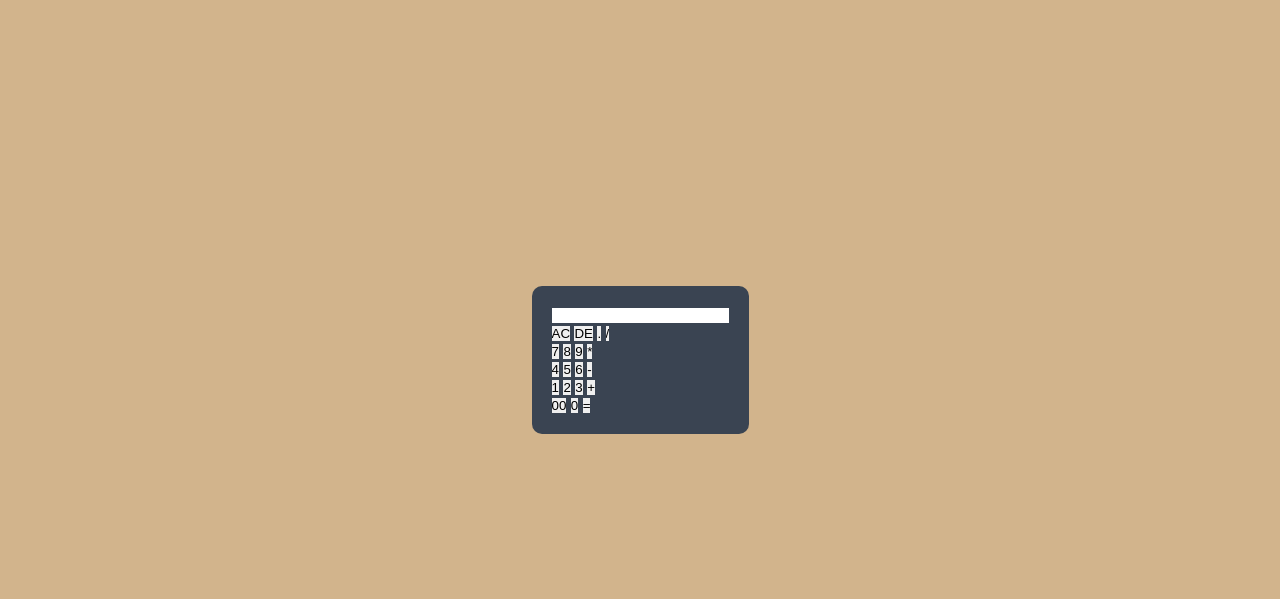
Repository: Anureet23/Calculator
Page: index.html
These files come from the project's save history. The page is drawn as it stood at one moment and after a run of saves; the edit follows.
The browser window is 1280 px wide. The pictures show the whole page.

Above is the page before, as saved 2023-02-07 22:52:59.

### index.html
<!DOCTYPE html>
<html>
    <head>
<meta name ="viewport" content="width=device-width,initial-scale=1.0">
<title>Calculator using JavaScript</title>
<link rel="stylesheet" href="style.css">
    </head>
    <body>
<div class="container">
<div class="calculator">
   <form>
       <div>
           <input type="text" name ="display">
       </div>
       <div>
           <input type="button" value="AC">
           <input type="button" value="DE">
           <input type="button" value=".">
           <input type="button" value="/">
       </div>
       <div>
        <input type="button" value="7">
        <input type="button" value="8">
        <input type="button" value="9">
        <input type="button" value="*">
    </div>
    <div>
        <input type="button" value="4">
        <input type="button" value="5">
        <input type="button" value="6">
        <input type="button" value="-">
    </div>
    <div>
        <input type="button" value="1">
        <input type="button" value="2">
        <input type="button" value="3">
        <input type="button" value="+">
    </div>
    <div>
        <input type="button" value="00">
        <input type="button" value="0">
        <input type="button" value="=">

    </div>
   </form>
</div>
</div>


    </body>
</html>

### style.css
*{
    margin:0;
    padding:0;
    font-family: 'Poppins',sans-serif;
    box-sizing: border-box;
}

.container{
    width: 100%;
    height:100vh;
    background:#D2B48C;
    display:flex;
    align-items:center;
    justify-content: center;

}
.calculator{
    background:#3a4452;
    padding:20px;
    border-radius:10px;
}
.calculator form input{
    border:0;
    outline:0;
    width:60 px
}

After the next 6 saves:
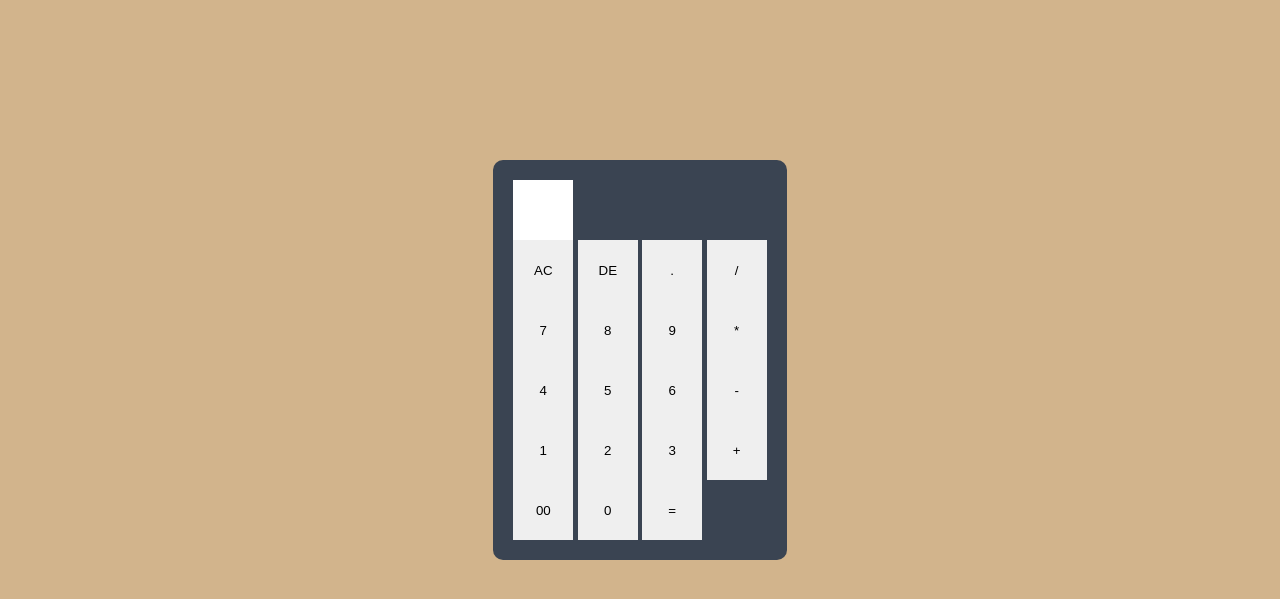
The 6 saves are shown as one change because they came seconds apart.
The last was saved 16 s later.
--- a/style.css
+++ b/style.css
@@ -22,5 +22,7 @@
 .calculator form input{
     border:0;
     outline:0;
-    width:60 px
+    width: 60px;
+    height: 60px;
+
 }
